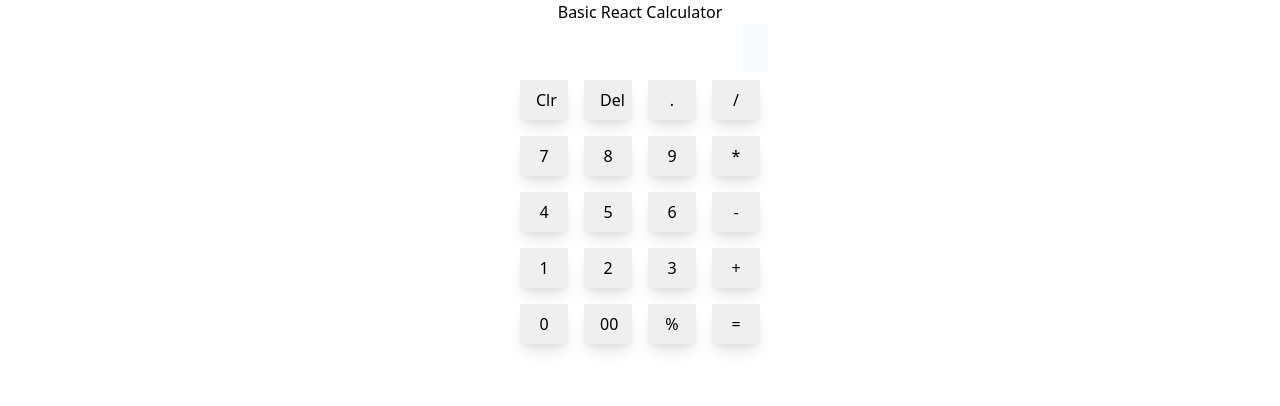
Repository: latenightsnacc/React-Calculator
Page: / (app in docs/react-calculator/)
An editor plug-in stored every save of this project. The page is shown before and after the next save, followed by the edit.
The browser window is 1280 px wide. The pictures show the whole page.
The project was rebuilt for these pictures with package versions that can differ from the ones it lists, and the page was loaded fresh each time. Also part of the build but not shown: docs/react-calculator/craco.config.js.

Above is the page before, as saved 2021-11-11 15:44:34.

After the next save:
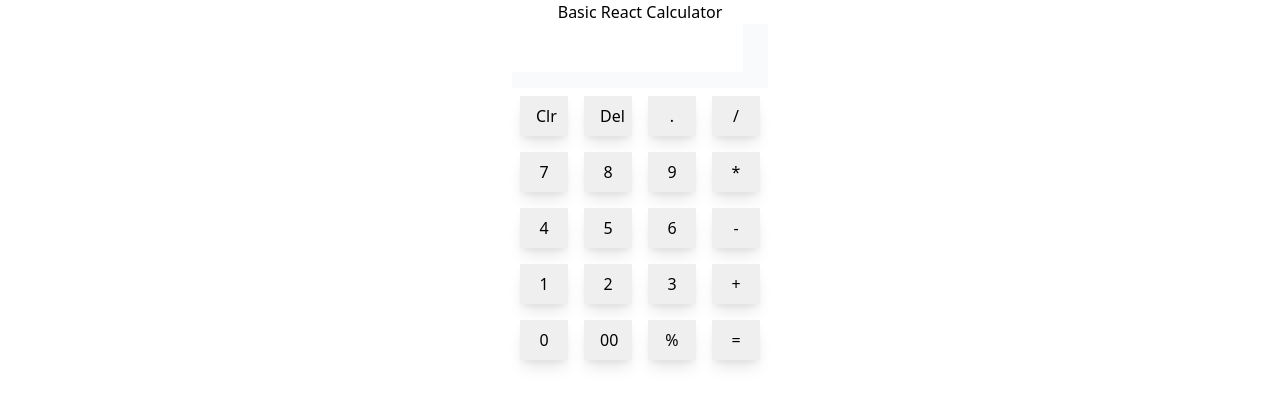
Saved 66 s later.
--- a/docs/react-calculator/src/components/CalculatorScreen.js
+++ b/docs/react-calculator/src/components/CalculatorScreen.js
@@ -3,7 +3,7 @@ import CalculatorOutputRow from './CalculatorOutputRow'
 
 const CalculatorScreen = () => {
     return (
-        <div className="bg-gray-50 w-full">
+        <div className="bg-gray-50 w-full h-16">
             <CalculatorOutputRow/>
             <CalculatorOutputRow/>
         </div>
